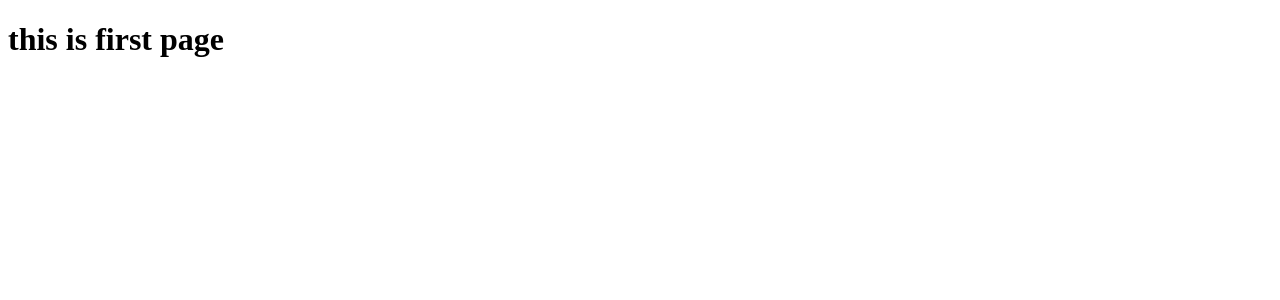
Repository: vkashsolanki/ORM-based-Java
Page: ECommerceProject/MyKart/src/main/webapp/index.html
These files come from the project's save history. The page is drawn as it stood at one moment and after the next save; the edit follows.
The browser window is 1280 px wide. The pictures show the whole page.

Above is the page before, as saved 2023-05-01 15:03:01.

After the next save:
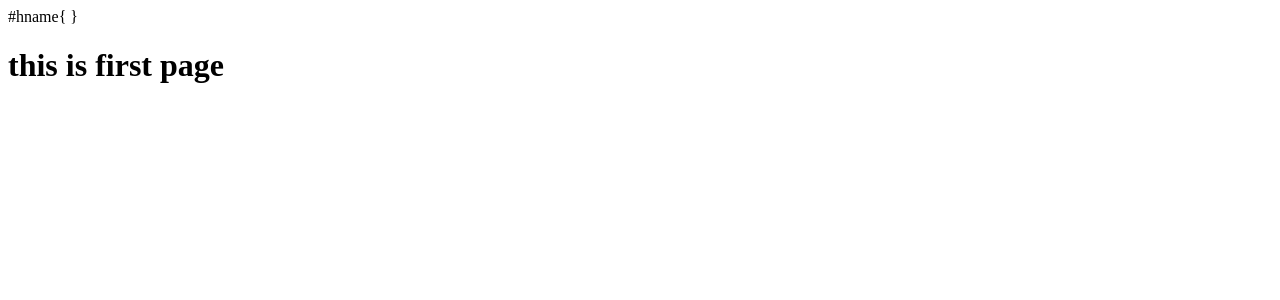
Saved 53 s later.
--- a/ECommerceProject/MyKart/src/main/webapp/index.html
+++ b/ECommerceProject/MyKart/src/main/webapp/index.html
@@ -2,9 +2,12 @@
 <html>
 <head>
 <meta charset="ISO-8859-1">
-<title></title>
+<title>Home:Page</title>
+#hname{
+
+}
 </head>
 <body>
-<h1 class="container" text-primary>this is first page</h1>
+<h1 class="container" text-primary id="hname">this is first page</h1>
 </body>
 </html>
